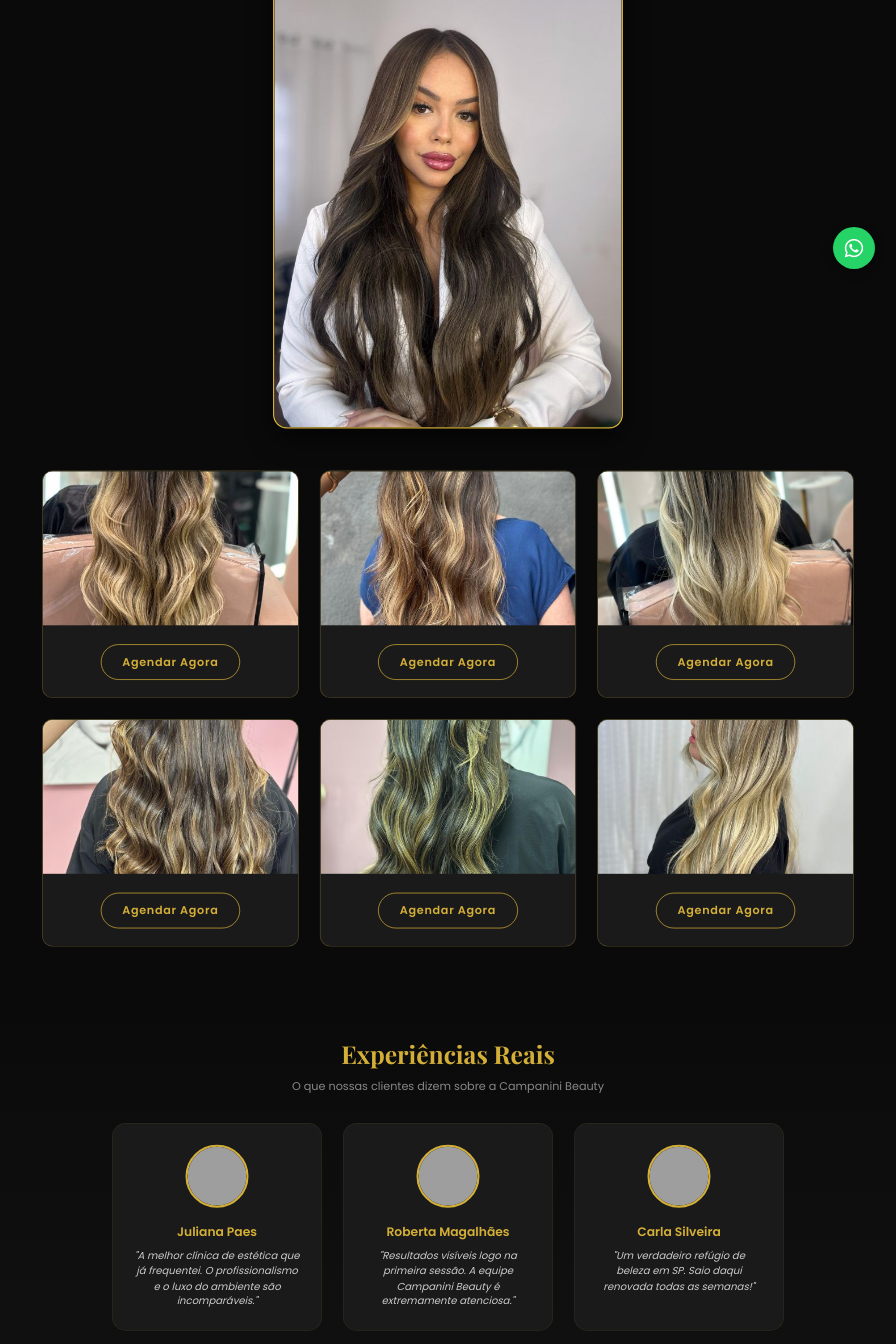
Repository: Sandro1969-tech/campanini-beauty
Page: index.html
An editor plug-in stored every save of this project. The page is shown before and after a run of saves, followed by the edit.
The browser window is 1280 px wide. The pictures show the part of the page from y = 306 to 2226 px (the page is 2941 px tall), at 70% of full size.
Pictures or frames that could not be fetched are drawn as grey boxes.

Above is the page before, as saved 2026-02-17 19:51:37.

### index.html
<!DOCTYPE html>
<html lang="pt-br">
<head>
    <meta charset="UTF-8">
    <meta name="viewport" content="width=device-width, initial-scale=1.0">
    <title>Campanini Beauty | Clínica Premium</title>
    <link rel="icon" href="assets/image/favicon.png" type="image/x-icon">
    <link href="https://fonts.googleapis.com/css2?family=Playfair+Display:wght@700&family=Poppins:wght@300;400;600&display=swap" rel="stylesheet">
    <link rel="stylesheet" href="https://cdnjs.cloudflare.com/ajax/libs/font-awesome/6.0.0/css/all.min.css">

    <style>
        :root {
            --gold: #D4AF37;
            --gold-light: #F1D592;
            --black: #0a0a0a;
            --dark-gray: #1a1a1a;
            --white: #ffffff;
            --transition: all 0.4s cubic-bezier(0.175, 0.885, 0.32, 1.275);
        }

        .light-mode {
            --black: #f4f4f4;
            --dark-gray: #ffffff;
            --white: #0a0a0a;
        }

        * { margin: 0; padding: 0; box-sizing: border-box; }

        body {
            background-color: var(--black);
            color: var(--white);
            font-family: 'Poppins', sans-serif;
            transition: background 0.5s ease;
            overflow-x: hidden;
        }

        header {
            padding: 15px 30px;
            display: flex;
            justify-content: space-between;
            align-items: center;
            background: rgba(0,0,0,0.9);
            position: sticky;
            top: 0;
            z-index: 1000;
            border-bottom: 1px solid var(--gold);
        }

        .logo img { height: 50px; }

        .theme-switch { cursor: pointer; font-size: 1.5rem; color: var(--gold); }

        /* --- TÍTULO PULSANTE ATUALIZADO --- */
        .pulsing-title {
            font-family: 'Playfair Display', serif;
            font-size: 3.5rem;
            text-align: center;
            color: var(--gold);
            margin: 40px 0;
            animation: pulse 2.5s infinite;
            letter-spacing: 2px;
        }

        @keyframes pulse {
            0% { transform: scale(1); text-shadow: 0 0 5px rgba(212, 175, 55, 0.2); }
            50% { transform: scale(1.05); text-shadow: 0 0 25px var(--gold); }
            100% { transform: scale(1); text-shadow: 0 0 5px rgba(212, 175, 55, 0.2); }
        }

        /* --- IMAGEM PRINCIPAL CENTRALIZADA E MENOR --- */
        .hero {
            width: 100%;
            display: flex;
            justify-content: center;
            padding: 10px 20px;
        }

        .hero img {
            max-width: 500px; /* Tamanho reduzido para não ocupar a tela toda */
            width: 100%;
            height: auto;
            border-radius: 20px;
            object-fit: cover;
            border: 2px solid var(--gold);
            box-shadow: 0 15px 35px rgba(0,0,0,0.6);
        }

        /* --- GRID DE SERVIÇOS --- */
        .container { max-width: 1200px; margin: 50px auto; padding: 0 20px; }
        .grid { display: grid; grid-template-columns: repeat(auto-fit, minmax(280px, 1fr)); gap: 30px; }

        .card {
            background: var(--dark-gray);
            border: 1px solid rgba(212, 175, 55, 0.3);
            border-radius: 15px;
            overflow: hidden;
            text-align: center;
            padding-bottom: 25px;
            transition: var(--transition);
        }

        .card:hover {
            transform: translateY(-10px);
            border-color: var(--gold);
            box-shadow: 0 10px 30px rgba(212, 175, 55, 0.2);
        }

        .card img {
            width: 100%;
            height: 220px;
            object-fit: cover; /* Garante que a imagem não fique esticada */
        }

        /* --- SEÇÃO DE DEPOIMENTOS --- */
        .testimonials-section {
            padding: 80px 20px;
            background: linear-gradient(180deg, var(--black) 0%, #111 100%);
            text-align: center;
        }

        .testimonials-grid {
            display: flex;
            justify-content: center;
            flex-wrap: wrap;
            gap: 30px;
            margin-top: 40px;
        }

        .testimonial-card {
            background: var(--dark-gray);
            padding: 30px;
            border-radius: 20px;
            width: 300px;
            border: 1px solid rgba(212, 175, 55, 0.1);
            position: relative;
        }

        .testimonial-card img {
            width: 90px;
            height: 90px;
            border-radius: 50%;
            border: 3px solid var(--gold);
            margin-bottom: 15px;
            object-fit: cover;
        }

        .testimonial-card h4 { color: var(--gold); margin-bottom: 10px; font-size: 1.1rem; }
        .testimonial-card p { font-style: italic; font-size: 0.9rem; color: #ccc; line-height: 1.5; }

        .btn-booking {
            display: inline-block;
            margin-top: 20px;
            padding: 12px 30px;
            background: transparent;
            color: var(--gold);
            border: 1px solid var(--gold);
            border-radius: 50px;
            text-decoration: none;
            font-weight: 600;
            letter-spacing: 1px;
            transition: var(--transition);
        }

        .btn-booking:hover {
            background: var(--gold);
            color: var(--black);
            transform: scale(1.05);
        }

        /* WhatsApp */
        .whatsapp-float {
            position: fixed; bottom: 30px; right: 30px;
            background: #25d366; color: white;
            width: 60px; height: 60px; border-radius: 50%;
            display: flex; align-items: center; justify-content: center;
            font-size: 30px; z-index: 1000; text-decoration: none;
            box-shadow: 0 4px 15px rgba(0,0,0,0.3);
        }

        footer { padding: 60px 20px; text-align: center; border-top: 1px solid var(--gold); background: #000; }
        .map-container { margin: 30px auto; max-width: 900px; height: 350px; border: 1px solid var(--gold); border-radius: 10px; overflow: hidden; }

    </style>
</head>
<body>

    <header>
        <div class="logo">
            <img src="assets/image/Logo escrito 'Campan.png" alt="Campanini Beauty">
        </div>
        <div class="theme-switch" onclick="toggleTheme()">
            <i id="theme-icon" class="fas fa-moon"></i>
        </div>
    </header>

    <h1 class="pulsing-title">Campanini Beauty</h1>

    <div class="hero">
        <img src="assets/image/principal.jpg" alt="Destaque Campanini Beauty">
    </div>

    <div class="container">
        <div class="grid">
            <div class="card">
                <img src="assets/image/imagem1.jpg" alt="Procedimento">
                <a href="#" class="btn-booking">Agendar Agora</a>
            </div>
            <div class="card">
                <img src="assets/image/imagem2.jpg" alt="Procedimento">
                <a href="#" class="btn-booking">Agendar Agora</a>
            </div>
            <div class="card">
                <img src="assets/image/imagem3.jpg" alt="Procedimento">
                <a href="#" class="btn-booking">Agendar Agora</a>
            </div>
                        <div class="card">
                <img src="assets/image/imagem4.jpg" alt="Procedimento">
                <a href="#" class="btn-booking">Agendar Agora</a>
            </div>
            <div class="card">
                <img src="assets/image/imagem5.jpg" alt="Procedimento">
                <a href="#" class="btn-booking">Agendar Agora</a>
            </div>
            <div class="card">
                <img src="assets/image/imagem6.jpg" alt="Procedimento">
                <a href="#" class="btn-booking">Agendar Agora</a>
            </div>

        </div>
    </div>

    <section class="testimonials-section">
        <h2 style="font-family: 'Playfair Display'; color: var(--gold); font-size: 2.2rem; margin-bottom: 10px;">Experiências Reais</h2>
        <p style="color: #888;">O que nossas clientes dizem sobre a Campanini Beauty</p>

        <div class="testimonials-grid">
            <div class="testimonial-card">
                <img src="https://randomuser.me/api/portraits/women/32.jpg" alt="Cliente">
                <h4>Juliana Paes</h4>
                <p>"A melhor clínica de estética que já frequentei. O profissionalismo e o luxo do ambiente são incomparáveis."</p>
            </div>
            <div class="testimonial-card">
                <img src="https://randomuser.me/api/portraits/women/45.jpg" alt="Cliente">
                <h4>Roberta Magalhães</h4>
                <p>"Resultados visíveis logo na primeira sessão. A equipe Campanini Beauty é extremamente atenciosa."</p>
            </div>
            <div class="testimonial-card">
                <img src="https://randomuser.me/api/portraits/women/65.jpg" alt="Cliente">
                <h4>Carla Silveira</h4>
                <p>"Um verdadeiro refúgio de beleza em SP. Saio daqui renovada todas as semanas!"</p>
            </div>
        </div>
    </section>

    <footer>
        <p style="color: var(--gold); margin-bottom: 10px;">ONDE ESTAMOS</p>
        <p><strong>Rua soldado João de Oliveira, 421 - Chácara Inglesa, São Paulo</strong></p>

        <div class="map-container">
            <iframe src="https://www.google.com/maps/embed?pb=!1m18!1m12!1m3!1d3656.345!2d-46.638!3d-23.60!2m3!1f0!2f0!3f0!3m2!1i1024!2i768!4f13.1!3m3!1m2!1s0x0%3A0x0!2zMjPCsDM2JzAwLjAiUyA0NsKwMzgnMTYuOCJX!5e0!3m2!1spt-BR!2sbr!4v1620000000000" width="100%" height="100%" style="border:0;" allowfullscreen="" loading="lazy"></iframe>
        </div>

        <a href="#" class="insta-icon"><i class="fab fa-instagram"></i></a>
        <p style="margin-top: 20px; font-size: 0.8rem; color: #555;">© 2026 Campanini Beauty. Todos os direitos reservados.</p>
    </footer>

    <a href="https://wa.me/5511999999999" class="whatsapp-float">
        <i class="fab fa-whatsapp"></i>
    </a>

    <script>
        function toggleTheme() {
            const body = document.body;
            const icon = document.getElementById('theme-icon');
            body.classList.toggle('light-mode');
            if (body.classList.contains('light-mode')) {
                icon.className = 'fas fa-sun';
            } else {
                icon.className = 'fas fa-moon';
            }
        }
    </script>
</body>
</html>

After the next 3 saves:
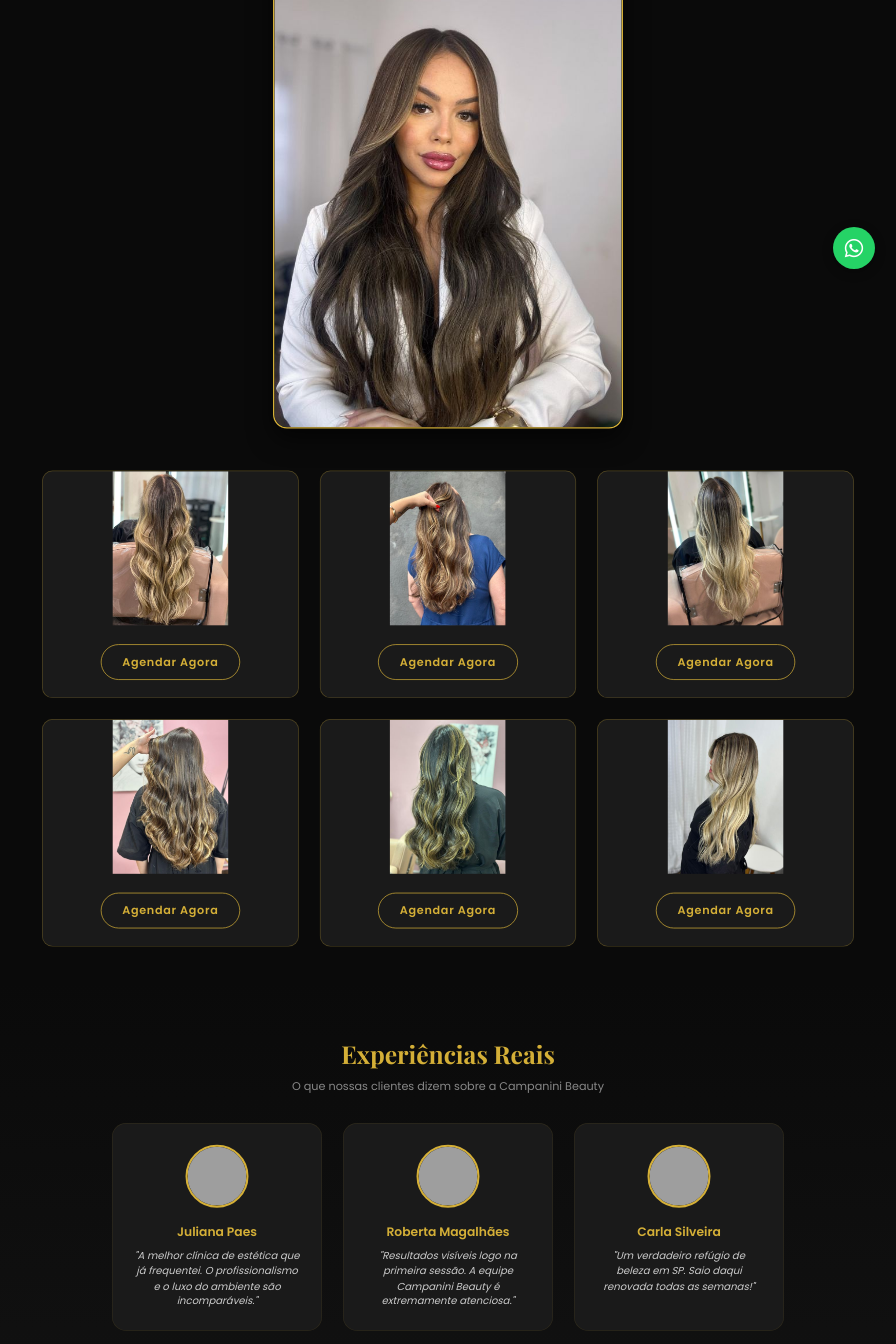
The 3 saves are shown as one change because they came seconds apart.
The last was saved 2 min 24 s later.
--- a/index.html
+++ b/index.html
@@ -108,7 +108,7 @@
         .card img {
             width: 100%;
             height: 220px;
-            object-fit: cover; /* Garante que a imagem não fique esticada */
+            object-fit: contain; /* Garante que a imagem não fique esticada */
         }
 
         /* --- SEÇÃO DE DEPOIMENTOS --- */
